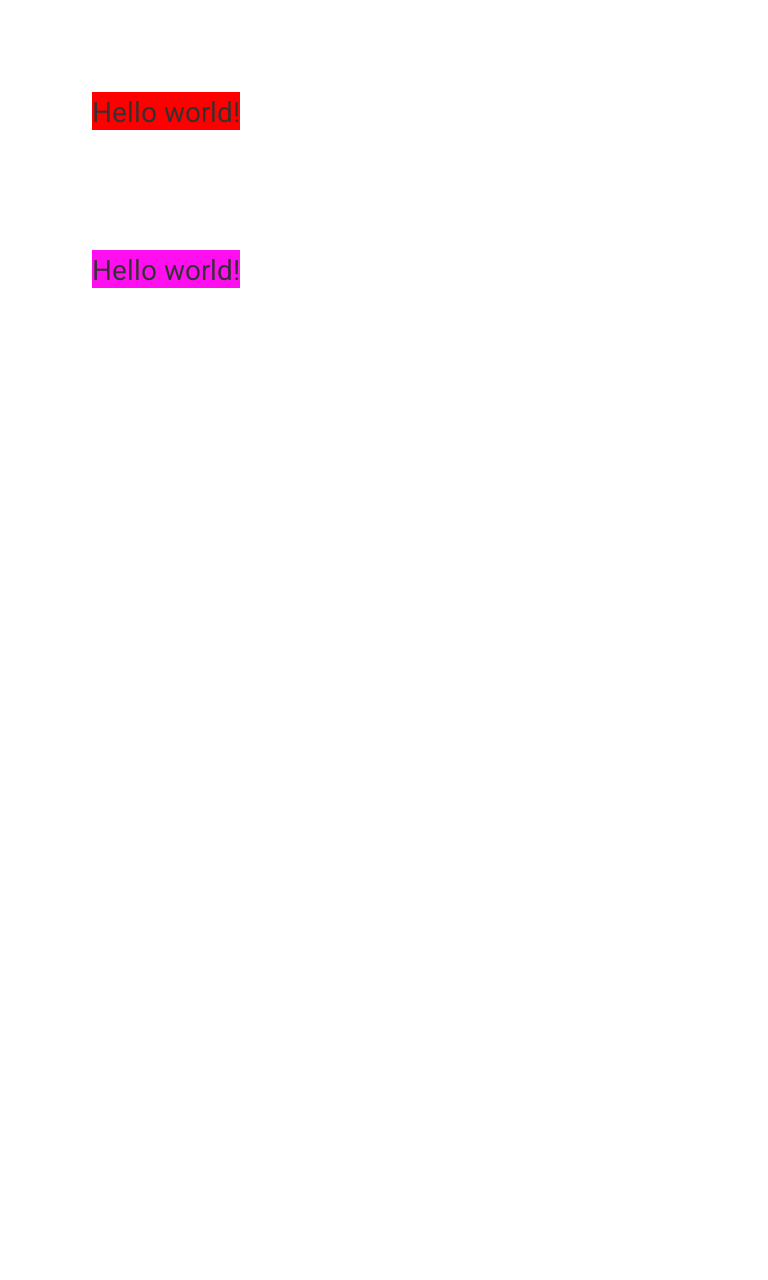
Repository: founderzhl/MarsAndroid
Layout: S01_E08_Margin_Padding/res/layout/activity_main.xml
An editor plug-in stored every save of this project. The layout is shown before and after the next save, followed by the edit.
It is drawn on a 768 x 1280 px phone screen (xhdpi) without system bars, with theme AppTheme; the app's code is not run.

Above is the layout before, as saved 2015-01-13 17:21:14.

### S01_E08_Margin_Padding/res/layout/activity_main.xml
<LinearLayout xmlns:android="http://schemas.android.com/apk/res/android"
    xmlns:tools="http://schemas.android.com/tools"
    android:layout_width="match_parent"
    android:layout_height="match_parent"
    android:paddingBottom="@dimen/activity_vertical_margin"
    android:paddingLeft="@dimen/activity_horizontal_margin"
    android:paddingRight="@dimen/activity_horizontal_margin"
    android:paddingTop="@dimen/activity_vertical_margin"
    android:orientation="vertical"
    tools:context="com.example.s01e08_margin_padding.MainActivity" >

    <TextView
        android:layout_width="wrap_content"
        android:layout_height="wrap_content"
        android:background="#FF0000"
        android:layout_margin="30dp"
        android:text="@string/hello_world" />

    <TextView
        android:layout_width="wrap_content"
        android:layout_height="wrap_content"
        android:background="#FF0FF0"
        android:layout_margin="30dp"
        android:text="@string/hello_world" />

</LinearLayout>

### S01_E08_Margin_Padding/res/values/strings.xml
<?xml version="1.0" encoding="utf-8"?>
<resources>

    <string name="app_name">S01E08_Margin_Padding</string>
    <string name="hello_world">Hello world!</string>
    <string name="action_settings">Settings</string>

</resources>

Loaded but not shown: S01_E08_Margin_Padding/res/values/styles.xml (common file); S01_E08_Margin_Padding/res/values-v11/styles.xml (common file); S01_E08_Margin_Padding/res/values-v14/styles.xml (common file); S01_E08_Margin_Padding/res/values/dimens.xml (common file); S01_E08_Margin_Padding/res/values-w820dp/dimens.xml (common file)

After the next save:
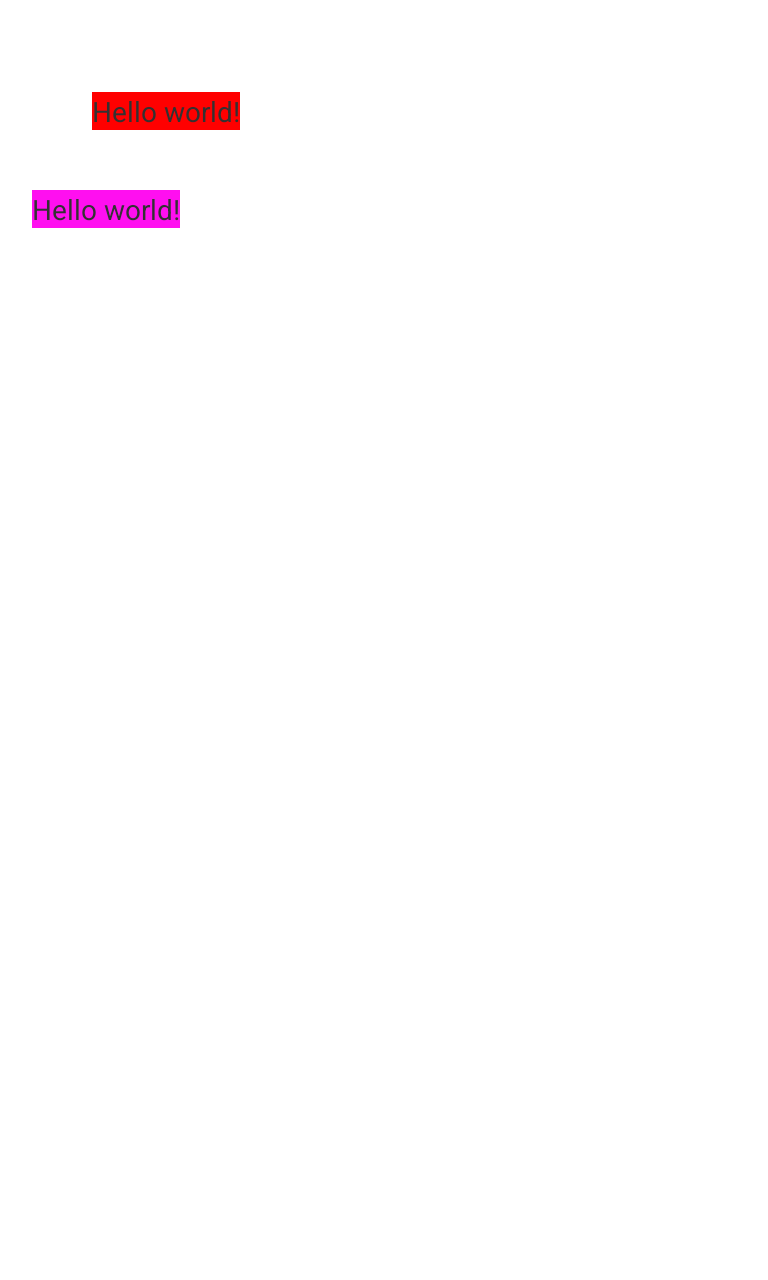
Saved 8 s later.
--- a/S01_E08_Margin_Padding/res/layout/activity_main.xml
+++ b/S01_E08_Margin_Padding/res/layout/activity_main.xml
@@ -20,7 +20,6 @@
         android:layout_width="wrap_content"
         android:layout_height="wrap_content"
         android:background="#FF0FF0"
-        android:layout_margin="30dp"
         android:text="@string/hello_world" />
 
 </LinearLayout>

After the save that followed:
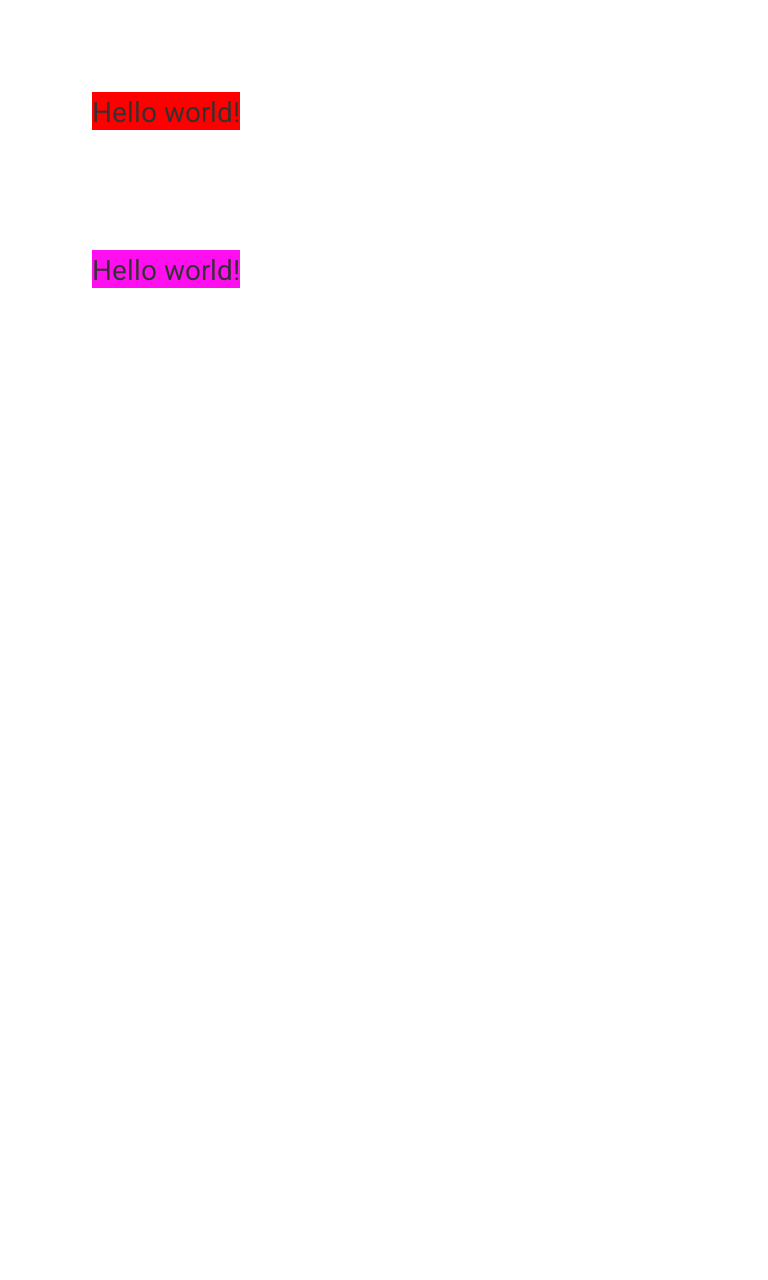
Saved 97 s later.
--- a/S01_E08_Margin_Padding/res/layout/activity_main.xml
+++ b/S01_E08_Margin_Padding/res/layout/activity_main.xml
@@ -20,6 +20,7 @@
         android:layout_width="wrap_content"
         android:layout_height="wrap_content"
         android:background="#FF0FF0"
+        android:layout_margin="30dp"
         android:text="@string/hello_world" />
 
 </LinearLayout>
